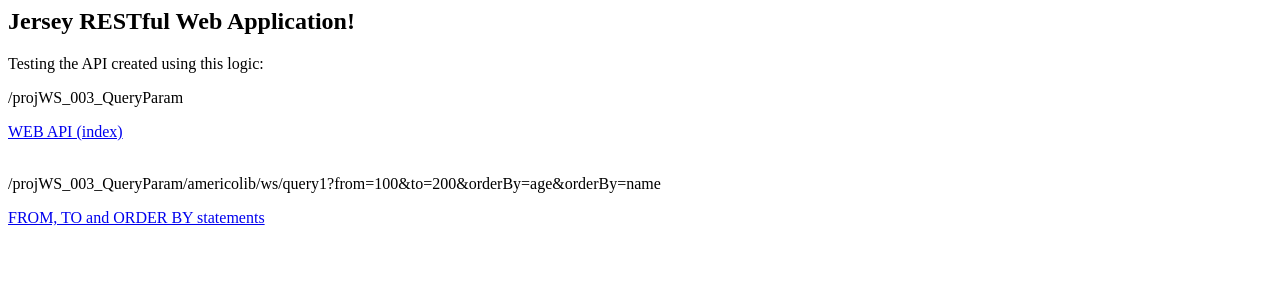
Repository: atafs/BackEnd_JAX-RS_REST_2continue
Page: http://localhost/projWS_003_QueryParam/
These files come from the project's save history. The page is drawn as it stood at one moment and after the next save; the edit follows.
The browser window is 1280 px wide. The pictures show the whole page.
The page is served by Tomcat 9.

Above is the page before, as saved 2016-05-02 09:48:57.

After the next save:
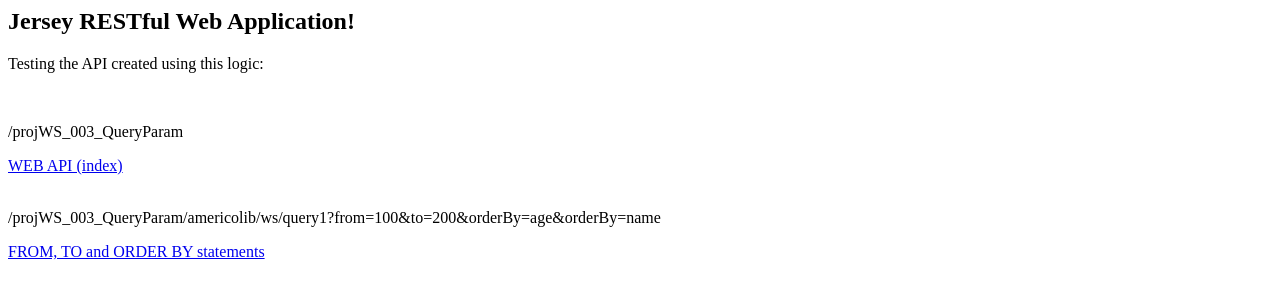
Saved 42 s later.
--- a/projWS_003_QueryParam/src/main/webapp/index.jsp
+++ b/projWS_003_QueryParam/src/main/webapp/index.jsp
@@ -5,7 +5,7 @@
 
 
 	<!-- IMAGE -->
-	<p>Testing the API created using this logic:</p>
+	<p>Testing the API created using this logic:</p><br/>
 
 	<!-- LINKS -->
 	<p>/projWS_003_QueryParam</p>
